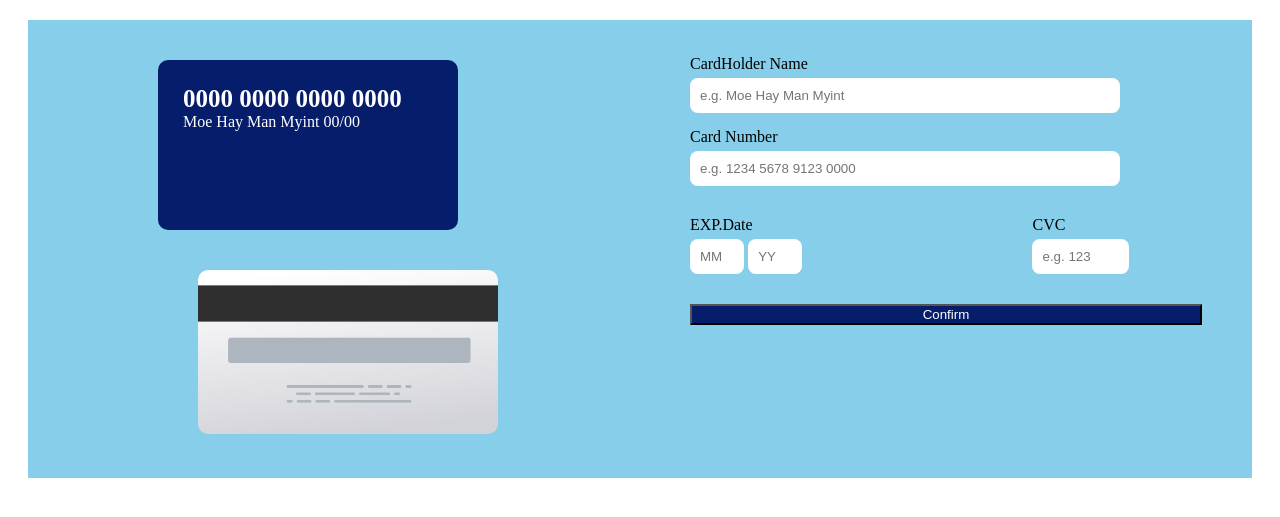
Repository: moehaymanmyint/Interactive-Card-Details-Form
Page: index.html
These files come from the project's save history. The page is drawn as it stood at one moment and after the next save; the edit follows.
The browser window is 1280 px wide. The pictures show the whole page.

Above is the page before, as saved 2024-10-16 21:58:10.

### index.html
<!DOCTYPE html>
<html lang="en">
<head>
    <meta charset="UTF-8">
    <meta name="viewport" content="width=device-width, initial-scale=1.0">
    <title>Interactive Card Details Form</title>
    <link rel="stylesheet" href="style.css">
</head>
<body>
    <div class="container">
        <!-- Left Side -->
    <div class="left-container">
        <div class="front-card">
            <div class="number">0000 0000 0000 0000</div>
            <span class="name">Moe Hay Man Myint</span>
            <span class="date">00/00</span>
        </div>
        <div class="back-card">
            <img src="./img/bg-card-back.png" alt="">
        </div>
    </div>

    <!-- Right Side -->
    <div class="right-container">
        <form action="">
            <div class="card-name">
                <label for="">CardHolder Name</label><br>
                <input type="text" name="" id="" placeholder="e.g. Moe Hay Man Myint" class="card-input">
            </div>
            <div class="card-number">
                <label for="">Card Number</label><br>
                <input type="number" name="" id="" placeholder="e.g. 1234 5678 9123 0000" class="card-input">
            </div>
            <div class="card-info">
                <div class="">
                    <label for="">EXP.Date</label><br>
                    <input type="text" name="" id="" placeholder="MM" class="card-date">
                    <input type="text" name="" id="" placeholder="YY" class="card-date">
                </div>
                <div class="cvc">
                    <label for="">CVC</label><br>
                    <input type="number" name="" id="" placeholder="e.g. 123" class="card-cvc">
                </div>
            </div>

            <div class="btn">
                <input type="submit" value="Confirm" class="confirm-btn">
            </div>
        </form>
    </div>
    </div>
</body>
</html>

### style.css
.container{
    background-color: skyblue;
    display: flex;
    justify-content: center;
    margin: 20px;
}

.left-container,
.right-container {
    margin: 20px 50px;
    width: 50%;
}

.front-card{
    background-color: rgb(5, 29, 107);
    color: white;
    padding: 25px;
    border-radius: 10px;
    height: 120px;
    width: 250px;
    margin: 20px 80px;
}

.front-card .number{
    font-size: 25px;
    font-weight: bold;
}

.back-card img{
    width: 300px;
    margin: 20px 40px;
    border-radius: 10px;
    margin-left: 120px;
}

.right-container div{
    margin: 15px 0;
}
.right-container .card-input{
    margin-top: 5px;
    border: none;
    padding: 10px;
    border-radius: 8px;
    width: 80%;
}

.confirm-btn{
    background-color: rgb(5, 29, 107);
    color: white;
    width: 100%;
}

.card-info{
    display: flex;
    justify-content: start;
}

.card-date{
    margin-top: 5px;
    border: none;
    padding: 10px;
    border-radius: 8px;
    width: 10%;
}

.card-cvc{
    margin-top: 5px;
    border: none;
    padding: 10px;
    border-radius: 8px;
    width: 45%;
}

After the next save:
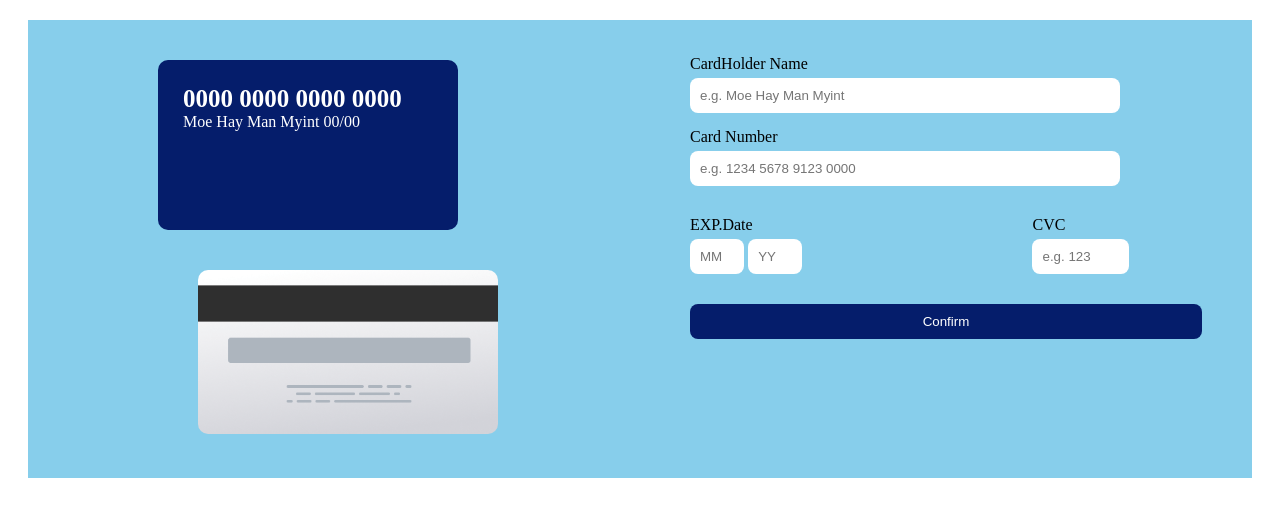
Saved 22 s later.
--- a/style.css
+++ b/style.css
@@ -48,6 +48,9 @@
     background-color: rgb(5, 29, 107);
     color: white;
     width: 100%;
+    border: none;
+    padding: 10px;
+    border-radius: 8px;
 }
 
 .card-info{
